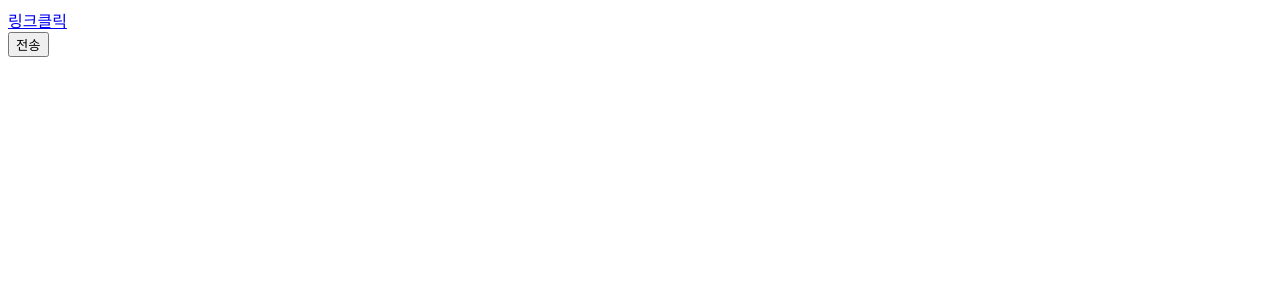
Repository: iron-ee/JSP
Page: http://localhost/hello/test1.jsp
These files come from the project's save history. The page is drawn as it stood at one moment and after the next save; the edit follows.
The browser window is 1280 px wide. The pictures show the whole page.
The page is served by Tomcat 9. Other server files are loaded and not shown.

Above is the page before, as saved 2020-12-21 05:54:21.

### hello/WebContent/test1.jsp
<%@ page language="java" contentType="text/html; charset=UTF-8"
    pageEncoding="UTF-8"%>
<!DOCTYPE html>
<html>
<head>
<meta charset="UTF-8">
<title>Insert title here</title>
</head>
<body>
<a href = "comment">링크클릭</a>
<form method = "post" action = "comment">
	<button>전송</button>
</form>
</body>
</html>

After the next save:
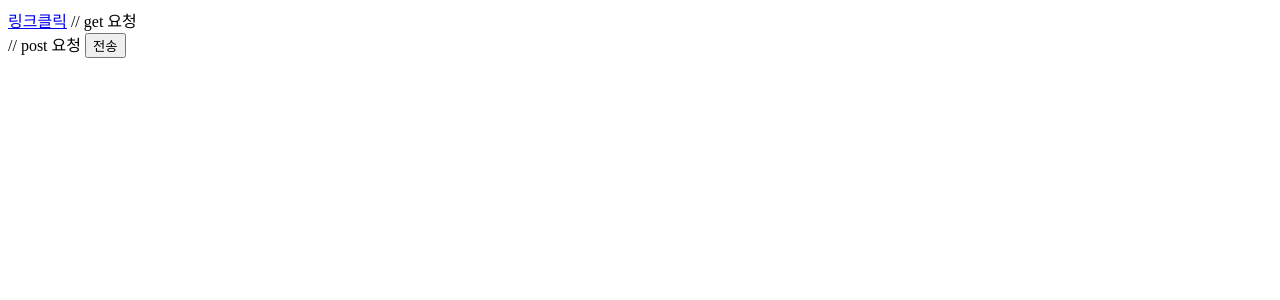
Saved 43 s later.
--- a/hello/WebContent/test1.jsp
+++ b/hello/WebContent/test1.jsp
@@ -7,8 +7,8 @@
 <title>Insert title here</title>
 </head>
 <body>
-<a href = "comment">링크클릭</a>
-<form method = "post" action = "comment">
+<a href = "comment">링크클릭</a>								//	get 요청
+<form method = "post" action = "comment">			// post 요청
 	<button>전송</button>
 </form>
 </body>
